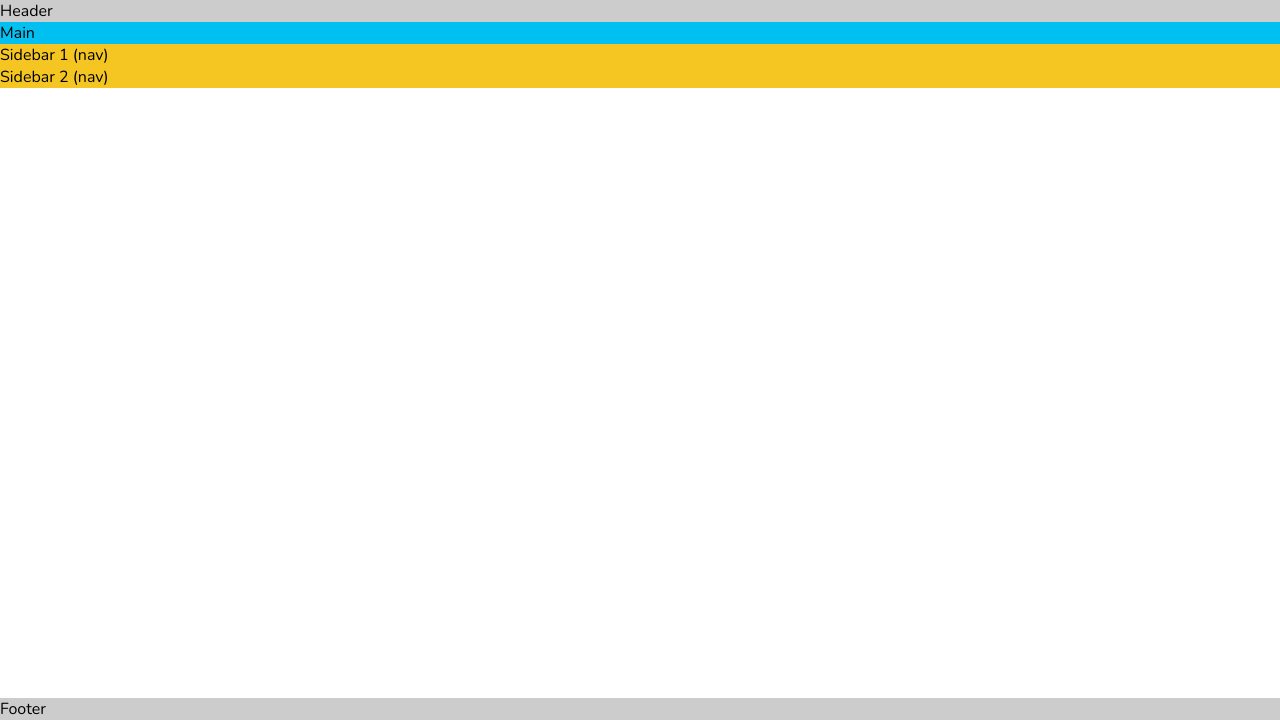
Repository: mariocapitbrok/css-combining-grid-and-flexbox-0105
Page: index.html
The author's editor kept a copy of each file at every save. The page is drawn from the files as they stood at one save, then again after the next save.
The browser window is 1280 px wide. The pictures show the whole page.

Above is the page before, as saved 2022-10-06 14:14:04.

After the next save:
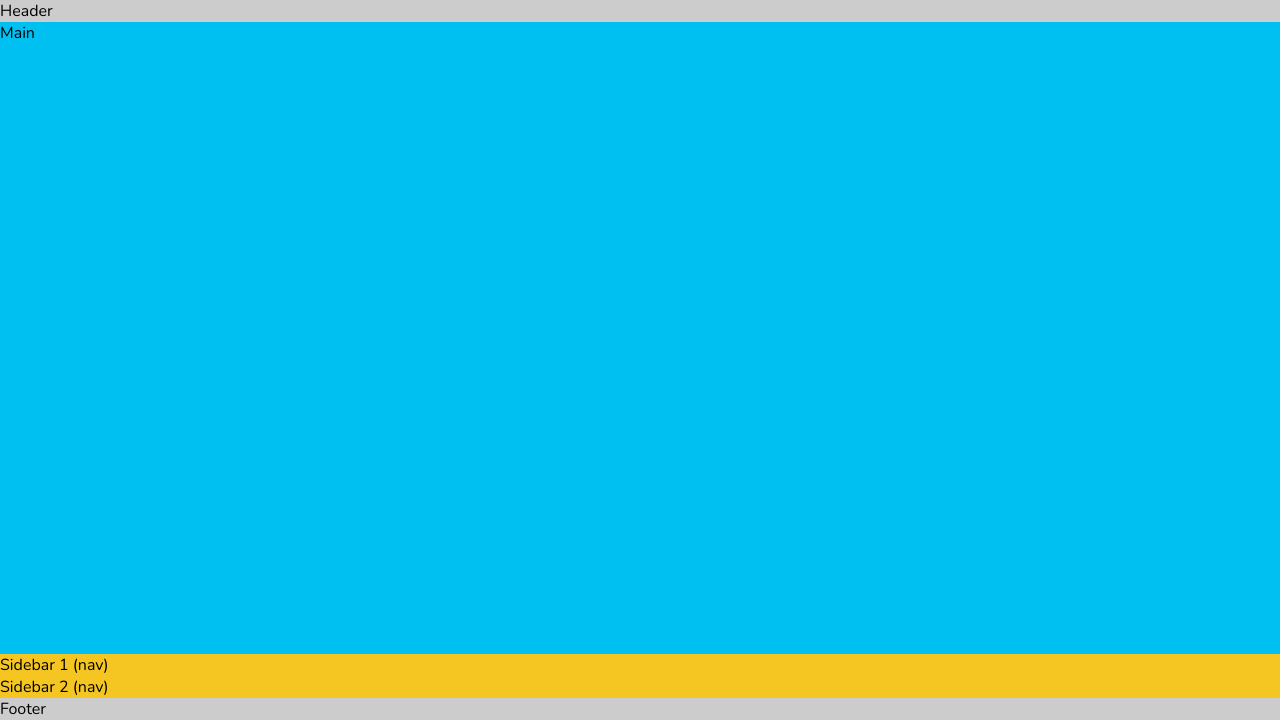
Saved 28 s later.
--- a/styles/base.css
+++ b/styles/base.css
@@ -29,6 +29,7 @@ main {
 
 article.main {
     background-color: #00C0F2;
+    flex: 1;
 }
 
 aside {
